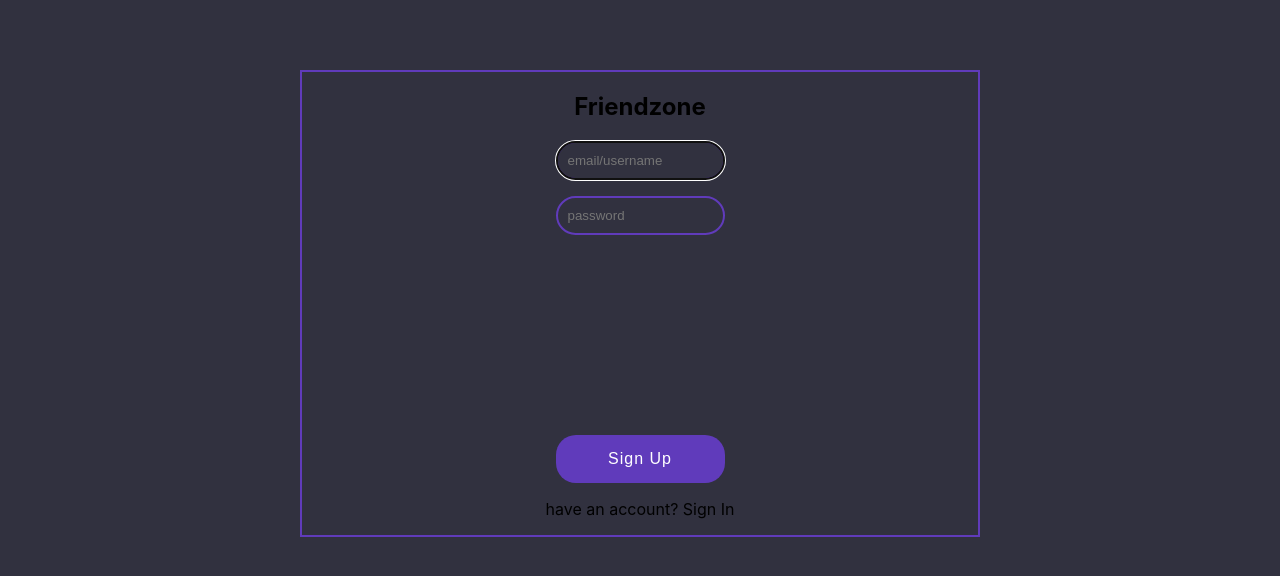
Repository: DerickT02/friend-zone
Page: /
An editor plug-in stored every save of this project. The page is shown before and after the next save, followed by the edit.
The browser window is 1280 px wide. The pictures show the whole page.
The project was rebuilt for these pictures with package versions that can differ from the ones it lists, and the page was loaded fresh each time. Also part of the build but not shown: src/Appreducer.js, src/GlobalState.js, src/Post.js, src/Homepage.js, src/fire.js.

Above is the page before, as saved 2021-07-07 07:54:40.

After the next save:
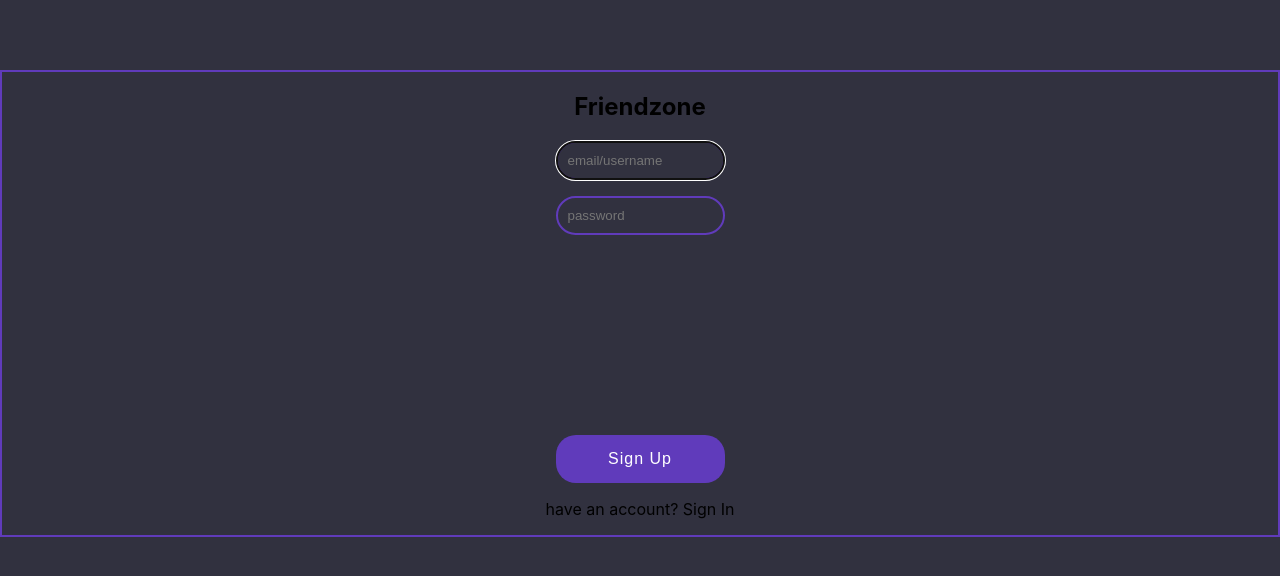
Saved 23 s later.
--- a/src/Login.css
+++ b/src/Login.css
@@ -5,8 +5,8 @@
 
 .login .loginContainer {
   margin-top: 70px;
-  margin-left: 300px;
-  margin-right: 300px;
+ padding-left: 300px;
+ padding-right: 300px;
   border: 2px solid #603bbb;
 }
 
